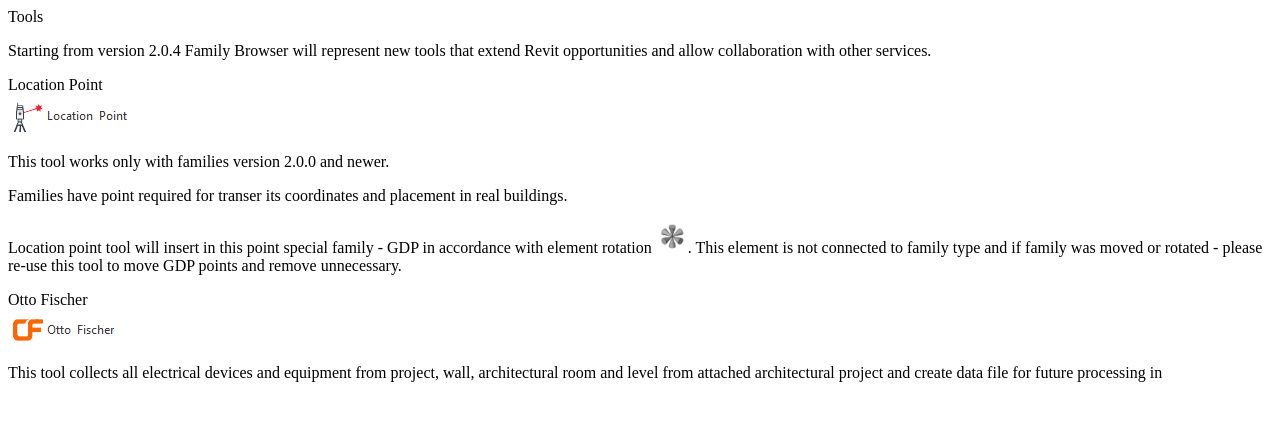
Repository: RomanLavrov/FamilyBrowserUserGuide
Page: http://localhost/FamilyBrowser/application/views/en/tools_view.php
An editor plug-in stored every save of this project. The page is shown before and after a run of saves, followed by the edit.
The browser window is 1280 px wide. The pictures show the whole page.
The page is run by PHP 8.4 with error messages shown; the project is at /var/www/html/.

Above is the page before, as saved 2019-10-24 12:15:21.

After the next 6 saves:
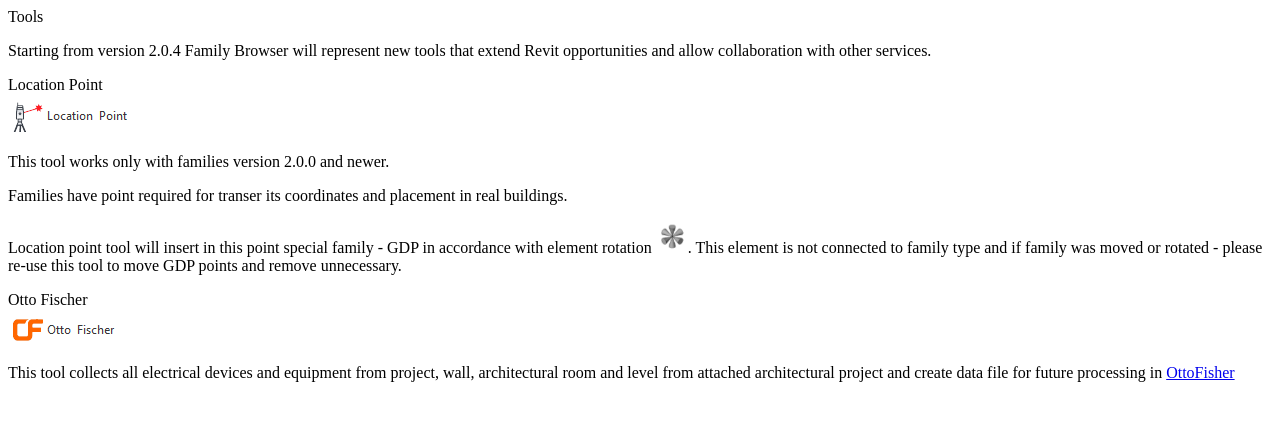
The 6 saves are shown as one change because they came seconds apart.
The last was saved 15 s later.
--- a/FamilyBrowser/application/views/en/tools_view.php
+++ b/FamilyBrowser/application/views/en/tools_view.php
@@ -19,5 +19,5 @@
 <div class="article-header">Otto Fischer</div>
 <div class="article-content">
 <img src="/FamilyBrowser/images/OttoFischerButton.png" alt="OttoFischer"/>
-<p>This tool collects all electrical devices and equipment from project, wall, architectural room and level from attached architectural project and create data file for future processing in <a></p>
+<p>This tool collects all electrical devices and equipment from project, wall, architectural room and level from attached architectural project and create data file for future processing in <a href="https://www.ottofischer.ch/">OttoFisher</a></p>
 </div>
